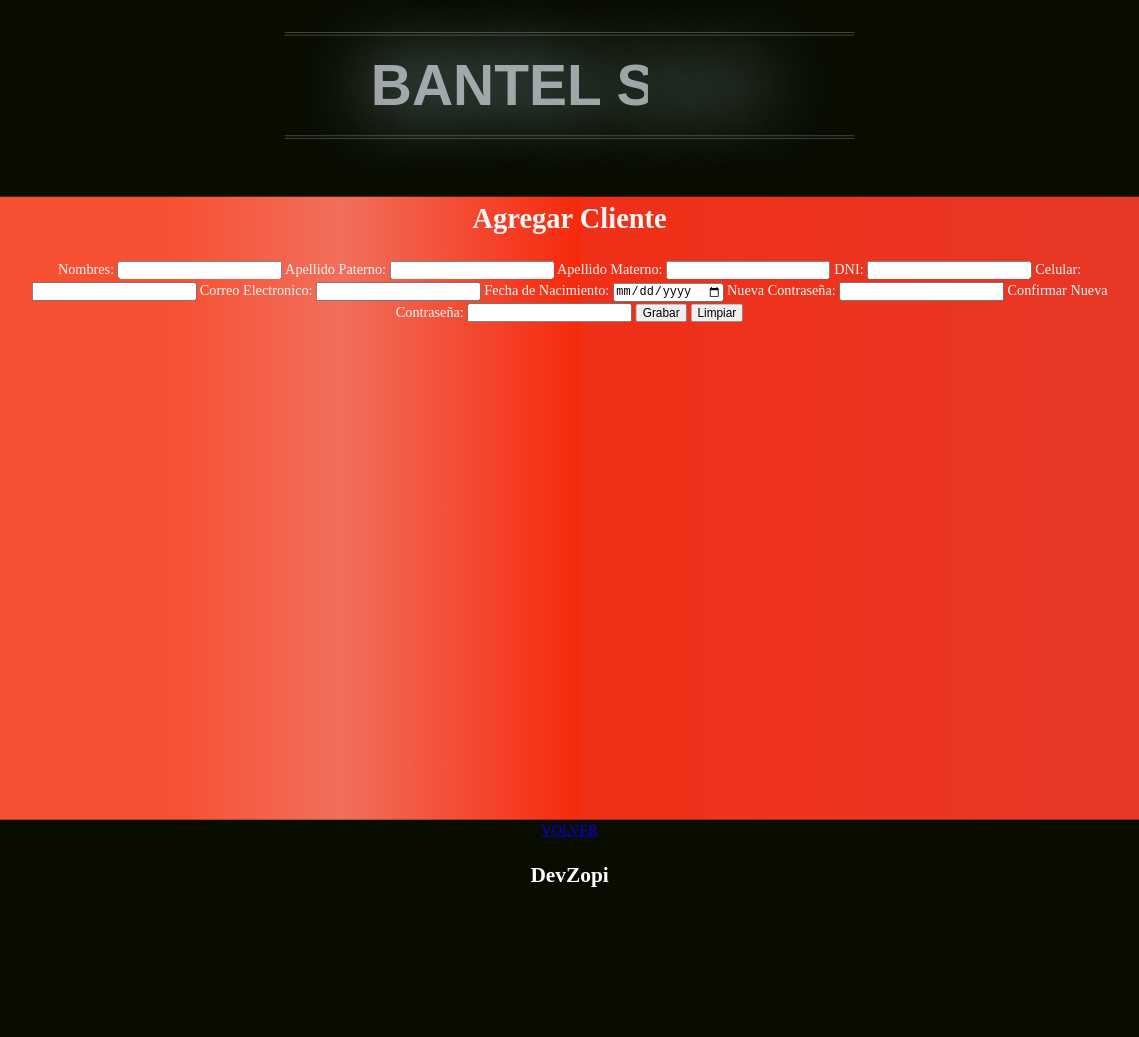
Repository: FeoRosonskiDev/losgudyob-zopilote
Page: http://localhost/web-integrado-ws1/registrarCliente
An editor plug-in stored every save of this project. The page is shown before and after the next save, followed by the edit.
The browser window is 1280 px wide. The pictures show the whole page, at 89% of full size.
Pictures or frames that could not be fetched are drawn as grey boxes. The page is served by Tomcat 9. Other server files are loaded and not shown.

Above is the page before, as saved 2019-07-06 00:36:10.

### web-integrado-ws1/src/main/webapp/Cliente/agregarCliente.jsp
<%@ page contentType="text/html;charset=UTF-8" language="java" %>
<%@ taglib uri="http://java.sun.com/jsp/jstl/core" prefix="c"%>

<!DOCTYPE html>
<html>
    <head>
        <meta http-equiv="Content-Type" content="text/html; charset=UTF-8">
        <title>ADD</title>
        <link href="css/Title.css" rel="stylesheet" type="text/css"/>
        <link href="css/container.css" rel="stylesheet" type="text/css"/>
    </head>
    <body>

        <div id="Header">
            <p>
                <span>
                    Bantel S.A.C
                </span>
            </p>
        </div>

        <div id="Body">
            <h1>Agregar Cliente</h1>
            <form
                id="frmRegistroCliente"
                action="<%=request.getContextPath()%>/registrarCliente"
                method="post"
                onkeypress="if (event.keycode == 13) {
                                    return false;
                                }"
                >
                <input type="hidden" value="registrarCliente" name="metodo">
                <label>Nombres: </label>
                <input type="text" id="ACnombre" name="ACnombre" required="" maxlength="50" minlength="2">
                <label>Apellido Paterno: </label>
                <input type="text" id="ACpaterno" name="ACpaterno" required="" maxlength="50" minlength="2">
                <label>Apellido Materno: </label>
                <input type="text" id="ACmaterno" name="ACmaterno" required="" maxlength="50" minlength="2">
                <label>DNI: </label>
                <input type="text" id="ACdni" name="ACdni" required="" maxlength="8" minlength="8">
                <label>Celular: </label>
                <input type="phone" id="ACcelular" name="ACcelular" required="" maxlength="9" minlength="7">
                <label>Correo Electronico: </label>
                <input type="email" id="ACcorreo" name="ACcorreo" required="">
                <label>Fecha de Nacimiento: </label>
                <input type="date" data-date="" date-date-format="YYYY MMMM DD" id="ACfechaNacimiento" name="ACfechaNacimiento" required="">
                <label>Nueva Contraseña: </label>
                <input type="password" id="ACpass" name="ACpass" required="">
                <label>Confirmar Nueva Contraseña: </label>
                <input type="password" required="">
                <input type="submit" value="Grabar" >
                <input type="reset" value="Limpiar" >
            </form>
        </div>
        <a href="${pageContext.servletContext.contextPath}/index.jsp"> VOLVER </a>
        <div id="Footer">
            <h2>DevZopi</h2>
        </div>
        <script type="text/javascript">

			window.onload = function(){

				var mensaje = "${mensajeRespuesta}";
				if(mensaje!="") {
					alert(mensaje);
				}

			}

		</script>
    </body>
</html>

### web-integrado-ws1/src/main/java/pe/edu/idat/web/view/ClienteRegistroServlet.java
package pe.edu.idat.web.view;

import java.io.IOException;
import java.sql.Date;

import javax.inject.Inject;
import javax.servlet.ServletException;
import javax.servlet.annotation.WebServlet;
import javax.servlet.http.HttpServlet;
import javax.servlet.http.HttpServletRequest;
import javax.servlet.http.HttpServletResponse;

import pe.edu.idat.web.persistence.soap.service.ClienteRegistroModelRequest;
import pe.edu.idat.web.persistence.soap.service.ClienteRegistroModelResponse;
import pe.edu.idat.web.transactional.impl.Cliente;

@WebServlet(urlPatterns = "/registrarCliente", loadOnStartup = 1)
public class ClienteRegistroServlet extends HttpServlet {

	@Inject
	private Cliente c;


	@Override
	protected void doGet(HttpServletRequest req, HttpServletResponse resp) throws ServletException, IOException {

		req.getRequestDispatcher("/Cliente/agregarCliente.jsp").forward(req, resp);


	}

	@Override
	protected void doPost(HttpServletRequest req, HttpServletResponse resp) throws ServletException, IOException {

		String mensaje = req.getParameter("metodo");

		if(mensaje == "registrarCliente") {

			//variables
			String nombre = req.getParameter("nombreCliente");
			String paterno = req.getParameter("paterno");
			String materno = req.getParameter("materno");
			String dni = req.getParameter("dni");
			String celular = req.getParameter("celular");
			String correo = req.getParameter("correo");
			String fechaNacimiento = req.getParameter("fechaNacimiento");
			String clave = req.getParameter("pass");

			//logica
			ClienteRegistroModelRequest Crequest = new ClienteRegistroModelRequest();

			Crequest.setNombre(nombre);
			Crequest.setApellidoPaterno(paterno);
			Crequest.setApellidoMaterno(materno);
			Crequest.setDni(dni);
			Crequest.setCelular(celular);
			Crequest.setCorreo(correo);
			Crequest.setFechaNacimiento(fechaNacimiento);
			Crequest.setClave(clave);

			ClienteRegistroModelResponse Cresponse = c.clienteregistro(Crequest);

			//-- Respuesta
					req.setAttribute("mensajeRespuesta", Cresponse.getRespuesta() );
					getServletContext()
						.getRequestDispatcher("/Cliente/agregarCliente.jsp")
						.forward(req, resp);

			}
	}

}

### web-integrado-ws1/src/main/webapp/css/Title.css
body {
    font: 300 1em/1.5 "Neuton";
    background: #090d00;
    color: rgba(76,76,76,1);
    text-align: center;
    margin: 0;
}
body{
    min-height: 1000px;
    width: 100%;
}
#Header{
    width: 100%;
    height: 200px;
}
#Body{
    color  :whitesmoke;
    width: 100%;
    height: 700px;
    background: -webkit-linear-gradient(left, rgba(248,80,50,1) 15%, rgba(241,111,92,1) 30%, rgba(246,41,12,1) 51%, rgba(240,47,23,1) 51%, rgba(231,56,39,1) 100%);
}
#Footer{
    width: 100%;
    height: 200px;
    color: white;
    background: #090d00;
}
p {
    text-transform: uppercase;
    letter-spacing: .5em;
    display: inline-block;
    border: 4px double rgba(255, 255, 255, 0.25);
    border-width: 4px 0;
    padding: 1.5em 0em;
    position: absolute;
    top: 5%;
    left: 50%;
    width: 40em;
    margin: 0 0 0 -20em;
}
p span {
    font: 700 4em/1 "Oswald", sans-serif;
    letter-spacing: 0;
    display: block;
    margin: 0 auto;
    text-shadow: 0 0 80px  rgba(179,220,237,1);
    /* Clip Background Image */
    background: url(http://f.cl.ly/items/010q3E1u3p2Q0j1L1S1o/animated_text_fill.png) repeat-y;
    -webkit-background-clip: text;
    background-clip: text;
    /* Animate Background Image */
    -webkit-text-fill-color: transparent;
    -webkit-animation: aitf 80s linear infinite;
    /* Activate hardware acceleration for smoother animations */
    -webkit-transform: translate3d(0, 0, 0);
    -webkit-backface-visibility: hidden;
}

/* Animate Background Image */
@-webkit-keyframes aitf {
    0% {
        background-position: 0% 50%;
    }
    100% {
        background-position: 50% 50%;
    }
}

### web-integrado-ws1/src/main/webapp/css/container.css
@import url(https://fonts.googleapis.com/css?family=Open+Sans:200,300,600);
* {
  box-sizing: border-box;
}

li a {
  text-decoration: none;
}

.title {
  font-family: "Open Sans", sans-serif;
  font-weight: 700;
  font-size: 20px;
}

.row {
  max-width: 900px;
  margin: 50px auto 0;
}

.card {
  float: left;
  padding: 0 1.7rem;
  width: 50%;
}
.card .menu-content {
  margin: 0;
  padding: 0;
  list-style-type: none;
}
.card .menu-content::before, .card .menu-content::after {
  content: '';
  display: table;
}
.card .menu-content::after {
  clear: both;
}
.card .menu-content li {
  display: inline-block;
}
.card .menu-content a {
  color: #fff;
}
.card .menu-content span {
  position: absolute;
  left: 50%;
  top: 0;
  font-size: 10px;
  font-weight: 700;
  font-family: 'Open Sans';
  -webkit-transform: translate(-50%, 0);
          transform: translate(-50%, 0);
}
.card .wrapper {
  background-color: #fff;
  min-height: 540px;
  position: relative;
  overflow: hidden;
  box-shadow: 0 19px 38px rgba(0, 0, 0, 0.3), 0 15px 12px rgba(0, 0, 0, 0.2);
}
.card .wrapper:hover .data {
  -webkit-transform: translateY(0);
          transform: translateY(0);
}
.card .data {
  position: absolute;
  bottom: 0;
  width: 100%;
  -webkit-transform: translateY(calc(70px + 1em));
          transform: translateY(calc(70px + 1em));
  transition: -webkit-transform 0.3s;
  transition: transform 0.3s;
  transition: transform 0.3s, -webkit-transform 0.3s;
}
.card .data .content {
  padding: 1em;
  position: relative;
  z-index: 1;
}
.card .author {
  font-size: 12px;
}

.card .text {
  height: 50px;
  margin: 0;
}
.card input[type='checkbox'] {
  display: none;
}
.card input[type='checkbox']:checked + .menu-content {
  -webkit-transform: translateY(-60px);
          transform: translateY(-60px);
}
.example-2 .wrapper {
 background: url(https://tvseriescritic.files.wordpress.com/2016/10/stranger-things-bicycle-lights-children.jpg) center/cover no-repeat;
}
.example-2 .wrapper:hover .menu-content span {
  -webkit-transform: translate(-50%, -10px);
          transform: translate(-50%, -10px);
  opacity: 1;
}
.example-2 .header {
  color: #fff;
  padding: 1em;
}
.example-2 .header::before, .example-2 .header::after {
  content: '';
  display: table;
}
.example-2 .header::after {
  clear: both;
}
.example-2 .header .date {
  float: left;
  font-size: 12px;
}
.example-2 .menu-content {
  float: right;
}
.example-2 .menu-content li {
  margin: 0 5px;
  position: relative;
}
.example-2 .menu-content span {
  transition: all 0.3s;
  opacity: 0;
}
.example-2 .data {
  color: #fff;
  -webkit-transform: translateY(calc(70px + 4em));
          transform: translateY(calc(70px + 4em));
}
.example-2 .title a {
  color: #fff;
}

After the next save:
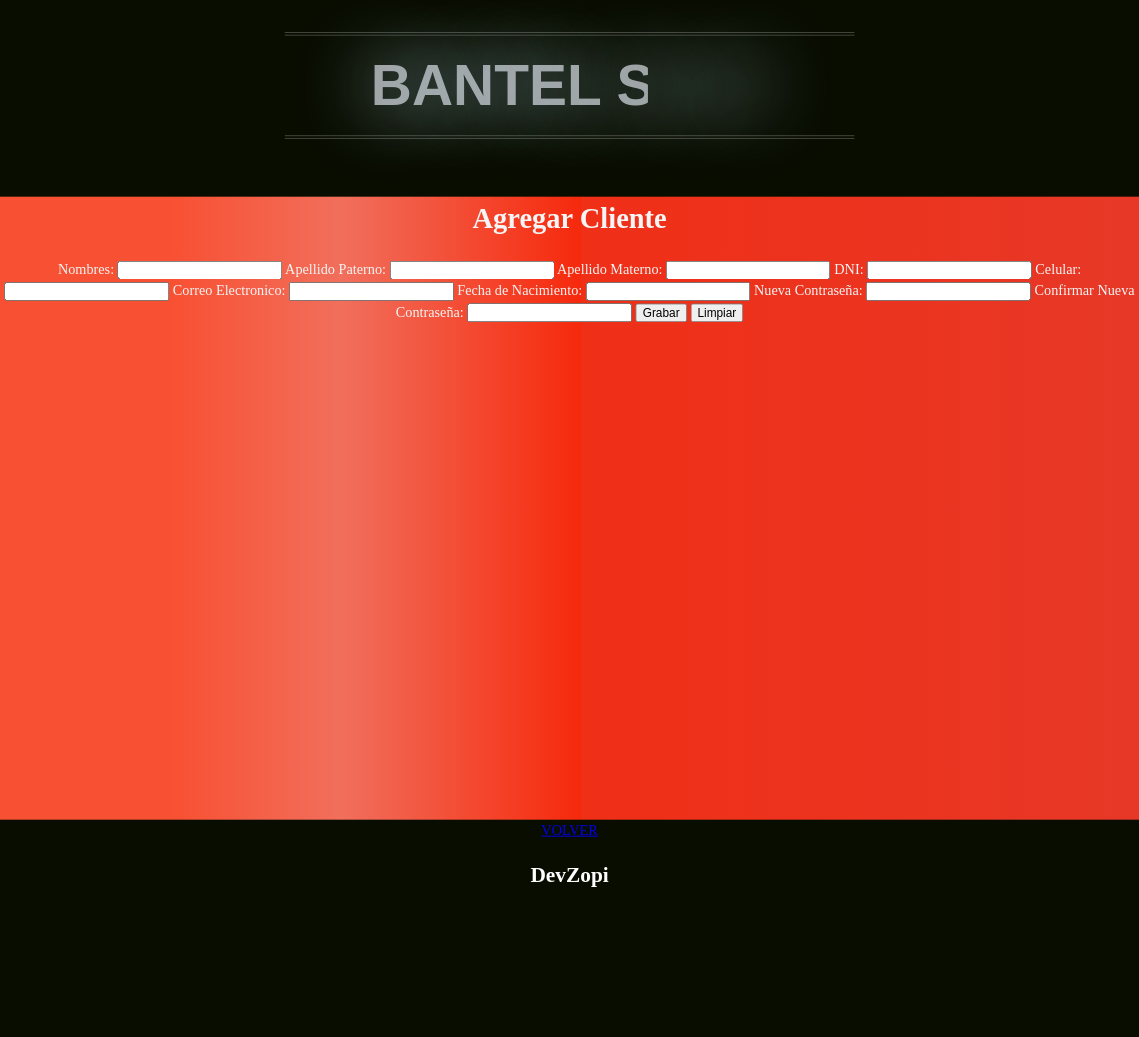
Saved 39 s later.
--- a/web-integrado-ws1/src/main/webapp/Cliente/agregarCliente.jsp
+++ b/web-integrado-ws1/src/main/webapp/Cliente/agregarCliente.jsp
@@ -43,7 +43,7 @@
                 <label>Correo Electronico: </label>
                 <input type="email" id="ACcorreo" name="ACcorreo" required="">
                 <label>Fecha de Nacimiento: </label>
-                <input type="date" data-date="" date-date-format="YYYY MMMM DD" id="ACfechaNacimiento" name="ACfechaNacimiento" required="">
+                <input type="text" id="ACfechaNacimiento" name="ACfechaNacimiento" required="">
                 <label>Nueva Contraseña: </label>
                 <input type="password" id="ACpass" name="ACpass" required="">
                 <label>Confirmar Nueva Contraseña: </label>
